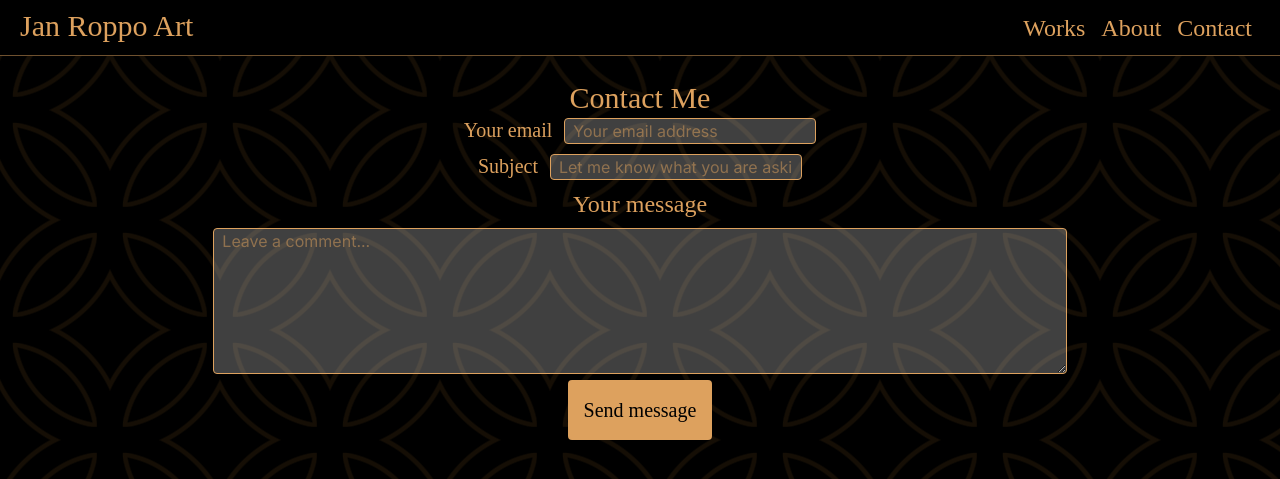
Repository: YanceMcFinn/JRArt
Page: /contact
These files come from the project's save history. The page is drawn as it stood at one moment and after the next save; the edit follows.
The browser window is 1280 px wide. The pictures show the whole page.
Some web fonts or font styles are not loaded; a fallback is used. The project was rebuilt for these pictures with package versions that can differ from the ones it lists, and the page was loaded fresh each time. The framework's server and built-in components were replaced by stand-ins that run in the browser. Also part of the build but not shown: next.config.js.

Above is the page before, as saved 2023-10-28 22:34:52.

After the next save:
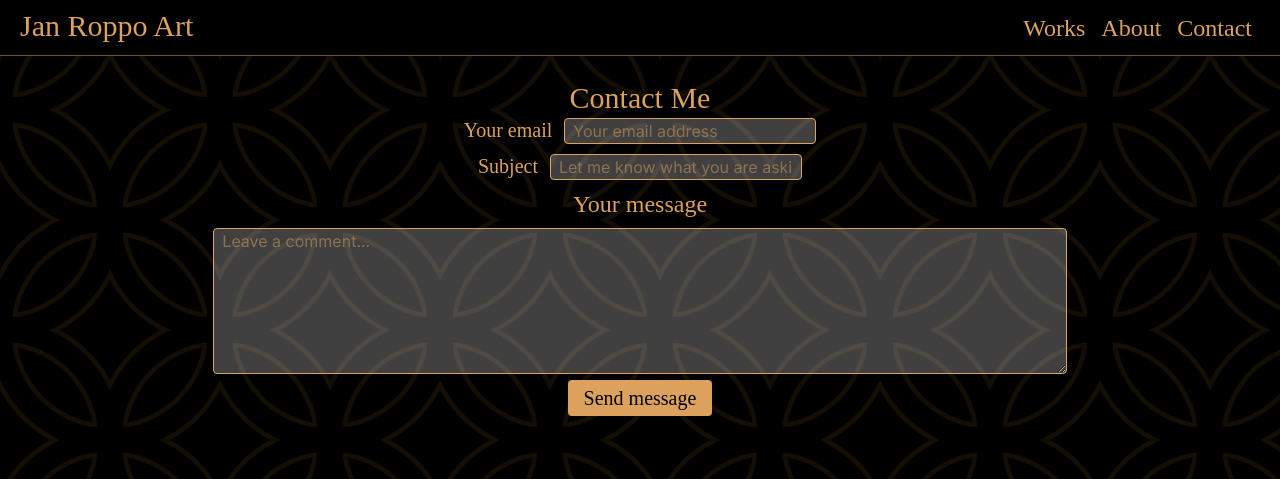
Saved 11 s later.
--- a/app/contact/page.jsx
+++ b/app/contact/page.jsx
@@ -19,7 +19,7 @@ export default function Contact() {
               <label for="message" className='title text-2xl' >Your message</label><br/>
               <textarea id="message" rows="6" placeholder="Leave a comment..." className='rounded w-full px-2 mt-2 bg-white/25 border border-main-color text-main-color placeholder-main-color/50 focus:border-main-color focus:border-2 focus:outline-none focus:ring-0'></textarea>
           </div>
-          <button type="submit" className='bg-main-color text-black title text-xl rounded p-4'>Send message</button>
+          <button type="submit" className='bg-main-color text-black title text-xl rounded px-4 py-1'>Send message</button>
       </form>
         </div>
     )
